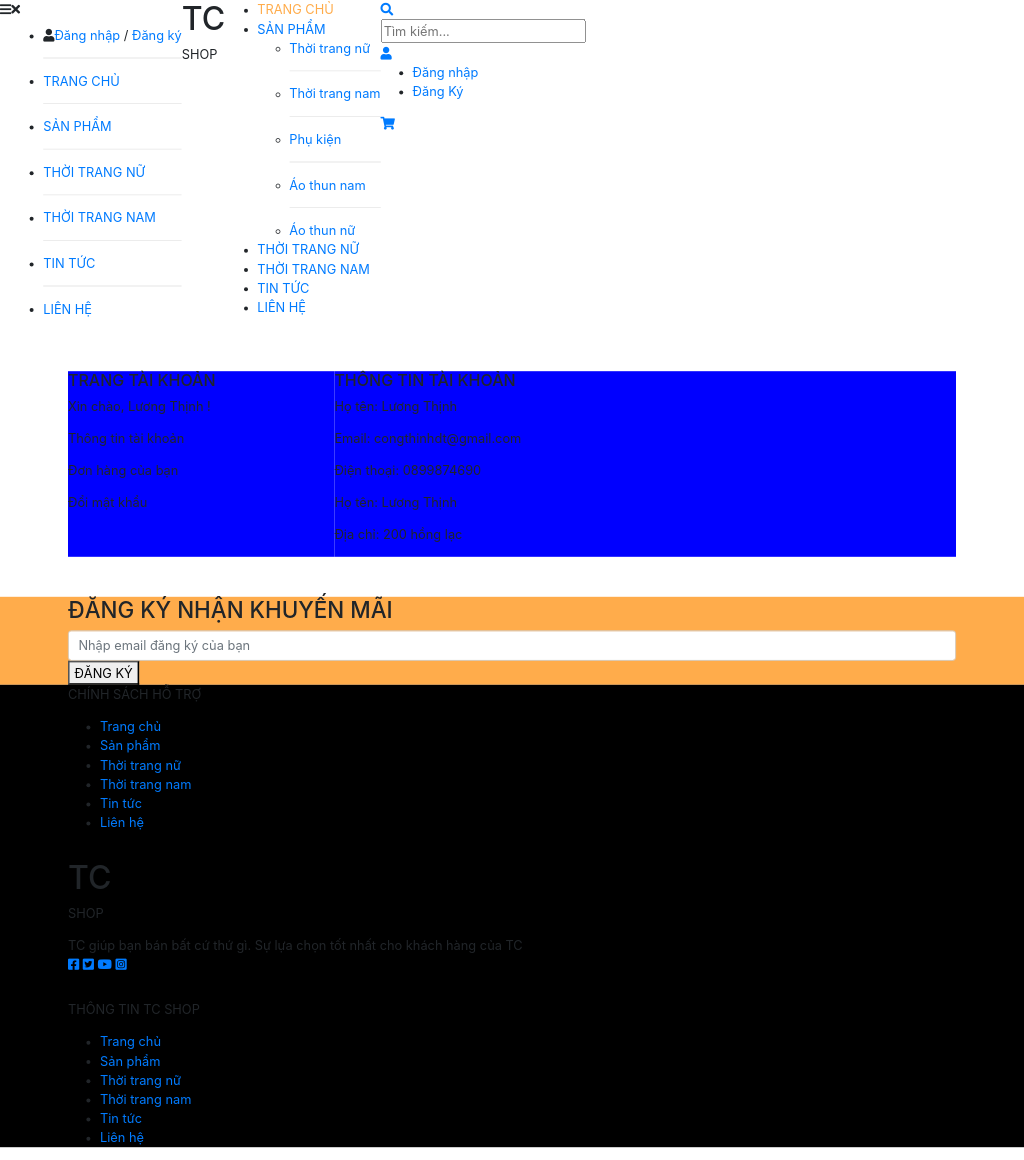
Repository: congthinh1701/TCshop
Page: ThongTinTaiKhoan.html
The author's editor kept a copy of each file at every save. The page is drawn from the files as they stood at one save, then again after the next save.
The browser window is 1280 px wide. The pictures show the whole page, at 80% of full size.
The style sheet was rebuilt from its Sass, Less or Tailwind sources for each picture, by a compiler version that may differ from the author's.

Above is the page before, as saved 2021-09-08 17:06:55.

After the next save:
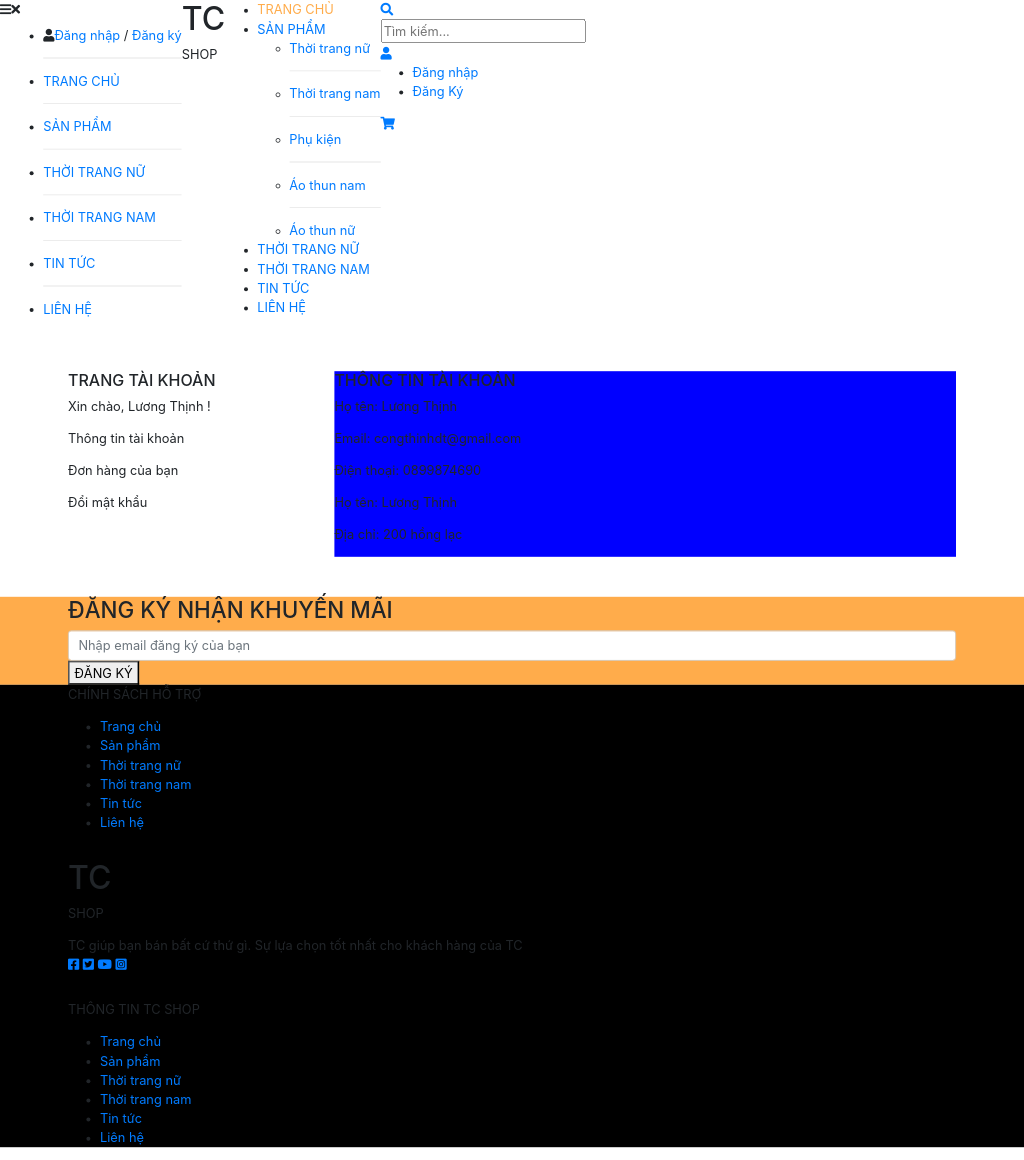
Saved 6 s later.
--- a/sass/style.scss
+++ b/sass/style.scss
@@ -11,7 +11,7 @@ $fontWeight:500;
 }
 .trang-tai-khoan{
     width: calc(100% / var(--columns) - 20%);
-    background-color: blue;
+
 
 }
 .thong-tin-tai-khoan{
